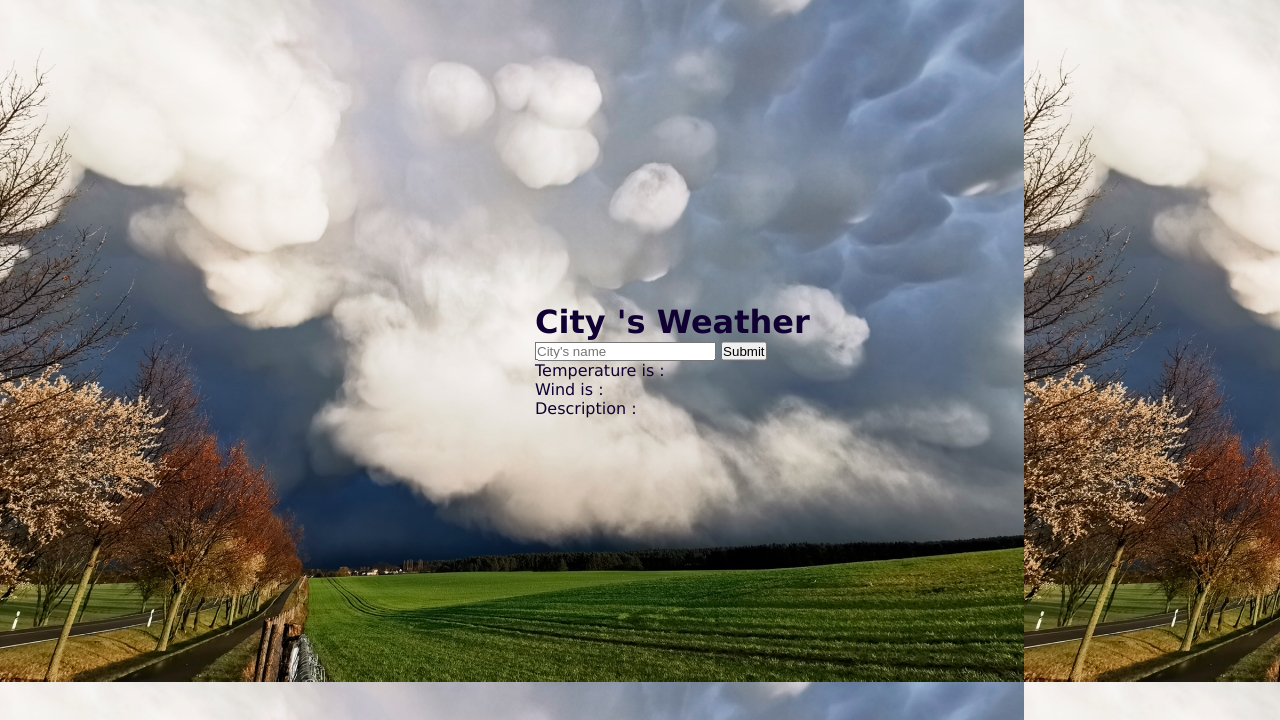
Repository: heartbreathing/searchWeather
Page: index.html
These files come from the project's save history. The page is drawn as it stood at one moment and after the next save; the edit follows.
The browser window is 1280 px wide. The pictures show the whole page.

Above is the page before, as saved 2022-11-06 22:45:49.

After the next save:
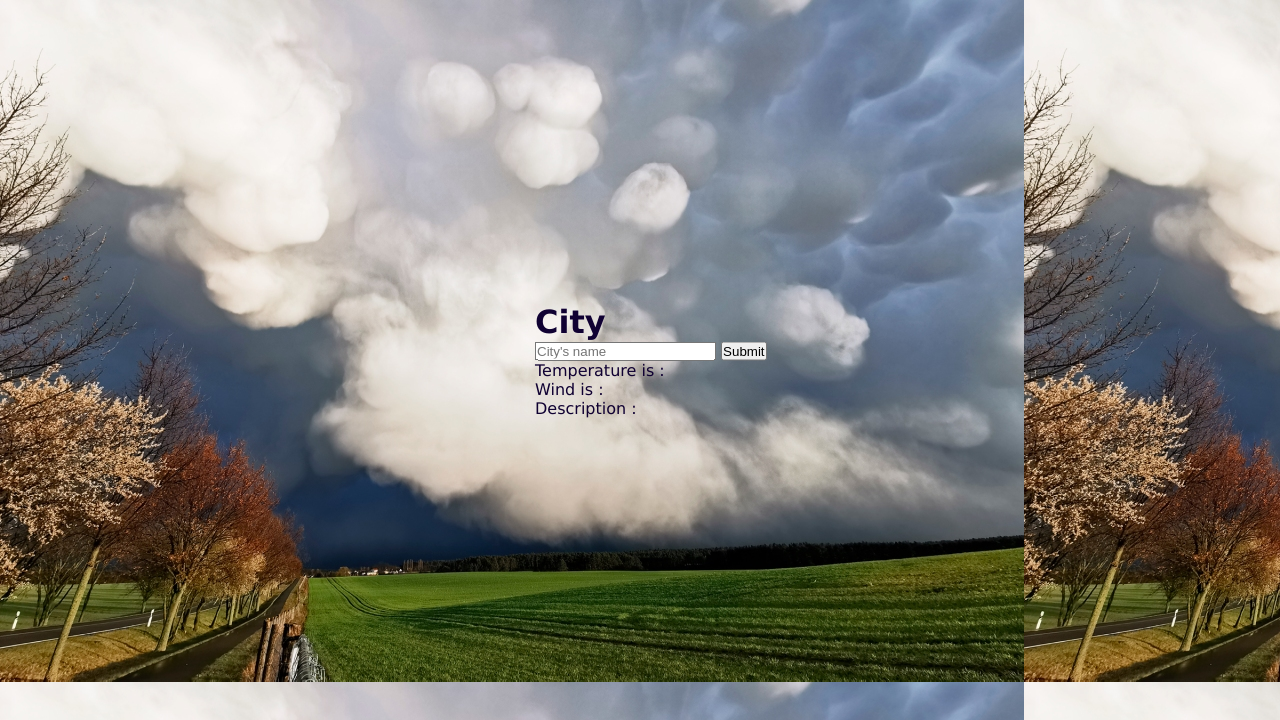
Saved 19 s later.
--- a/index.html
+++ b/index.html
@@ -9,7 +9,7 @@
   </head>
   <body>
     <div class="content">
-      <h1><span class="name">City</span> 's Weather</h1>
+      <h1><span class="name">City</span> </h1>
       <form class="form">
         <input type="text" name="name" placeholder="City's name" />
         <button type="submit">Submit</button>
